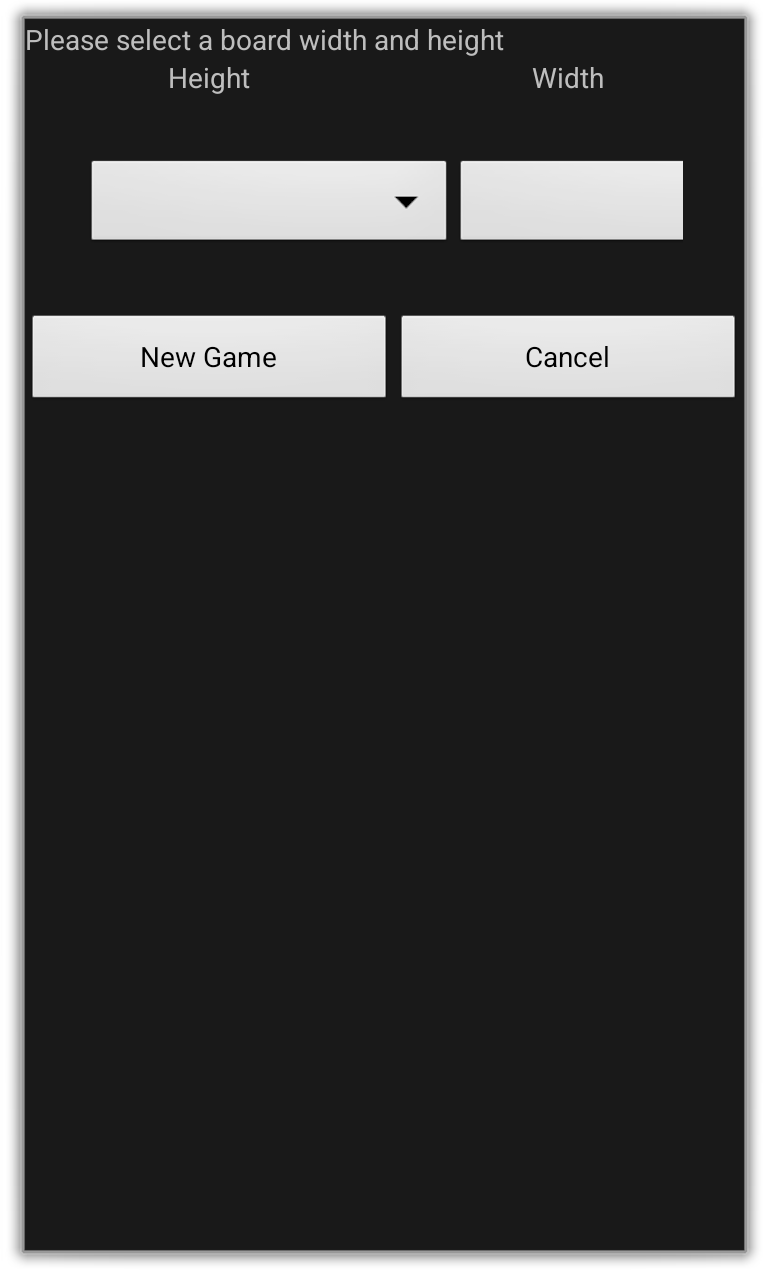
Repository: rickydalziel/project
Layout: Numbersorter/res/layout/new_game_dialog.xml
The author's editor kept a copy of each file at every save. The layout is drawn from the files as they stood at one save, then again after the next save.
It is drawn on a 768 x 1280 px phone screen (xhdpi) without system bars, with theme android:Theme.Dialog; the app's code is not run.

Above is the layout before, as saved 2013-02-14 11:43:39.

After the next save:
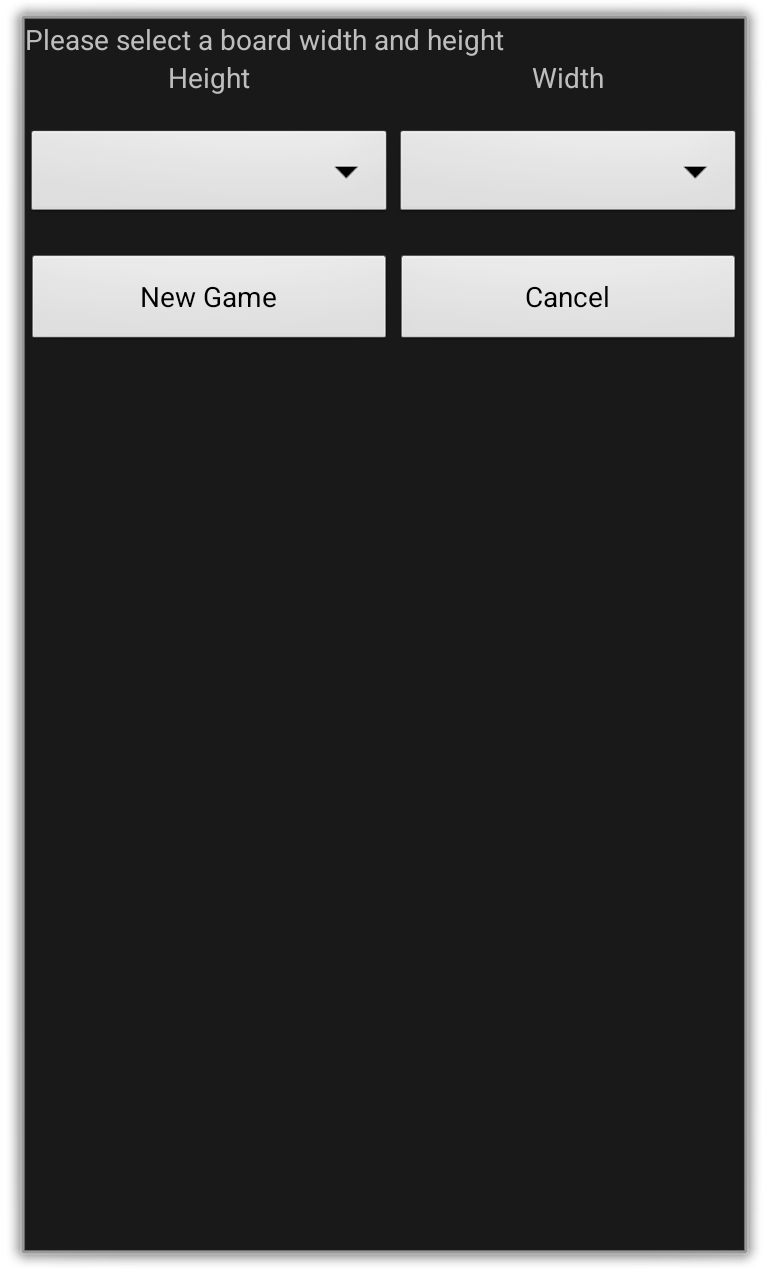
Saved 42 s later.
--- a/Numbersorter/res/layout/new_game_dialog.xml
+++ b/Numbersorter/res/layout/new_game_dialog.xml
@@ -43,7 +43,8 @@
 		    </TableRow>
 
 	        <TableRow
-	            android:padding="30dp">
+	            android:paddingTop="15dp"
+	            android:paddingBottom="15dp">
 
 
 
